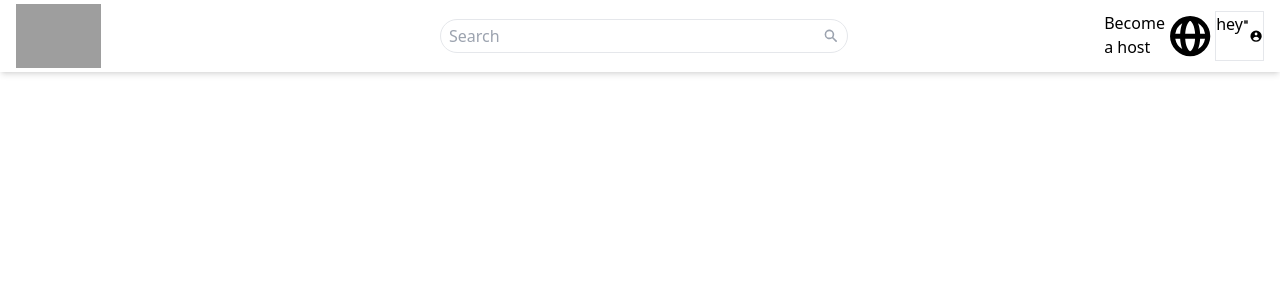
Repository: BroDudeeee/Airbnb-Clone
Page: /
An editor plug-in stored every save of this project. The page is shown before and after the next save, followed by the edit.
The browser window is 1280 px wide. The pictures show the whole page.
Pictures or frames that could not be fetched are drawn as grey boxes. The project was rebuilt for these pictures with package versions that can differ from the ones it lists, and the page was loaded fresh each time. The framework's server and built-in components were replaced by stand-ins that run in the browser. Also part of the build but not shown: next.config.js.

Above is the page before, as saved 2022-06-20 20:56:54.

After the next save:
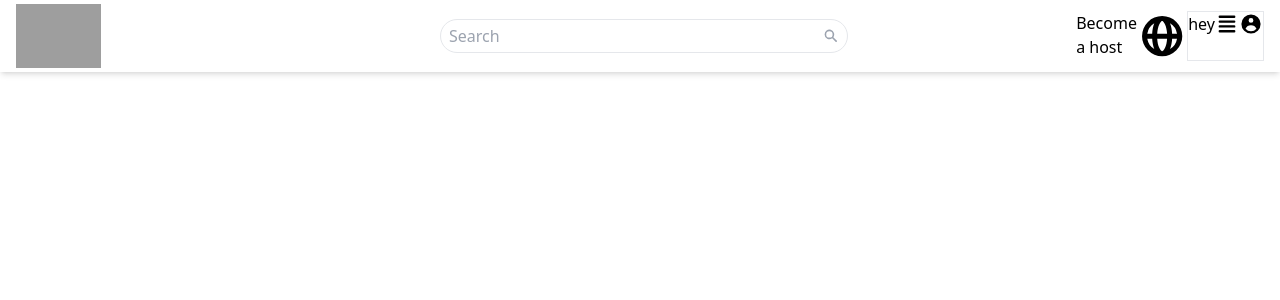
Saved 13 s later.
--- a/components/Header.js
+++ b/components/Header.js
@@ -34,8 +34,8 @@ const Header = () => {
         </div>
         <div className='flex border'>
         <p>hey</p>
-        <ViewListIcon className='h-5'/>
-        <UserCircleIcon />
+        <ViewListIcon className='h-6'/>
+        <UserCircleIcon className='h-6'/>
         </div>
       </div>
     </header>
